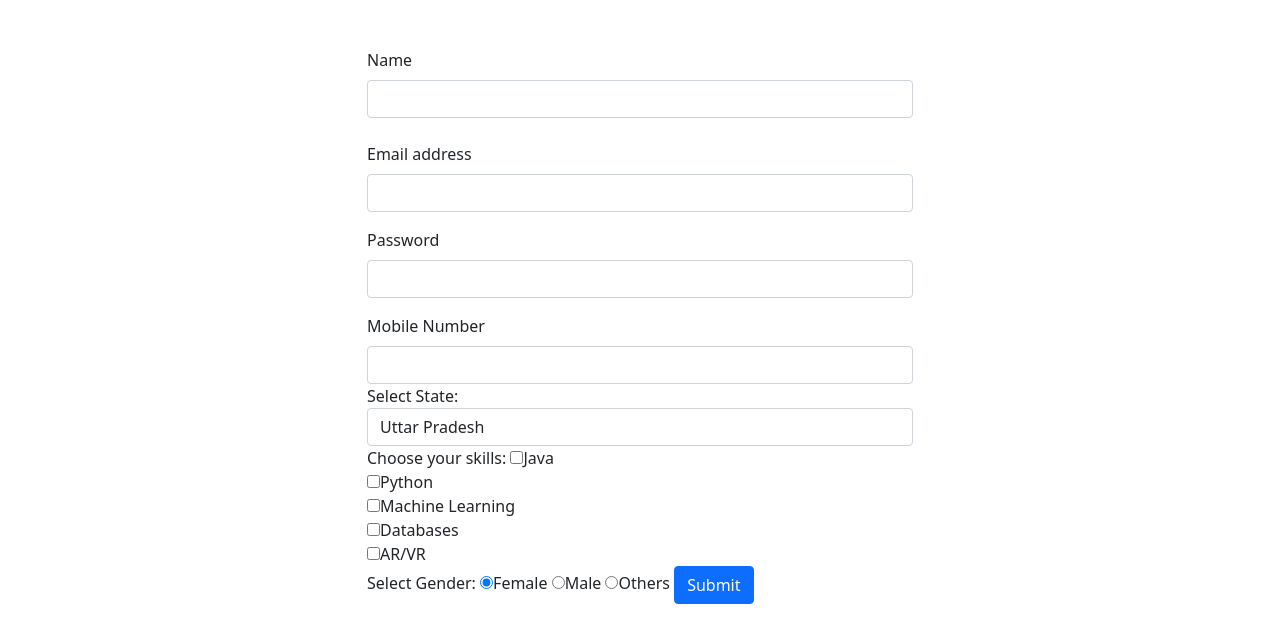
Repository: SimSri-ExtraMarks/FormHandling
Page: formHandling/form.html
These files come from the project's save history. The page is drawn as it stood at one moment and after the next save; the edit follows.
The browser window is 1280 px wide. The pictures show the whole page.

Above is the page before, as saved 2021-06-26 12:48:15.

After the next save:
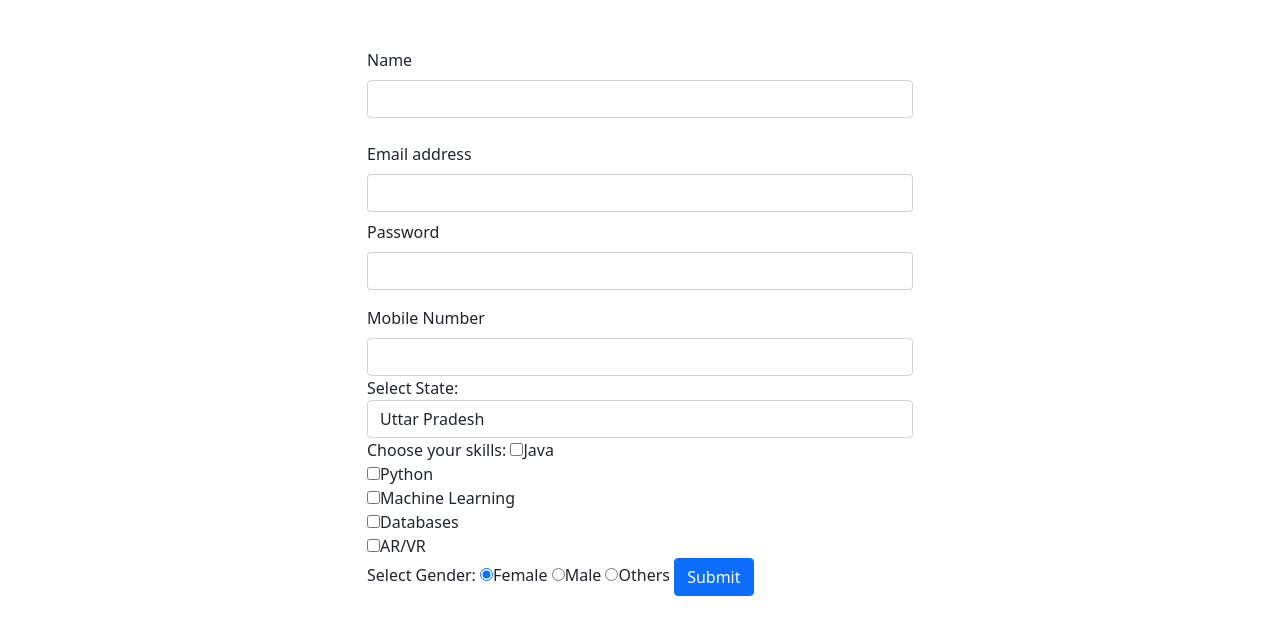
Saved 15 s later.
--- a/formHandling/form.html
+++ b/formHandling/form.html
@@ -19,7 +19,7 @@
   <input type="text" id="name" class="form-control" />
 
 </div>
-					<div class="mb-3">
+					<div class="mb-2">
 						<label for="exampleInputEmail1" class="form-label">Email
 							address</label> <input type="email" class="form-control"
 							id="exampleInputEmail1" aria-describedby="emailHelp">
